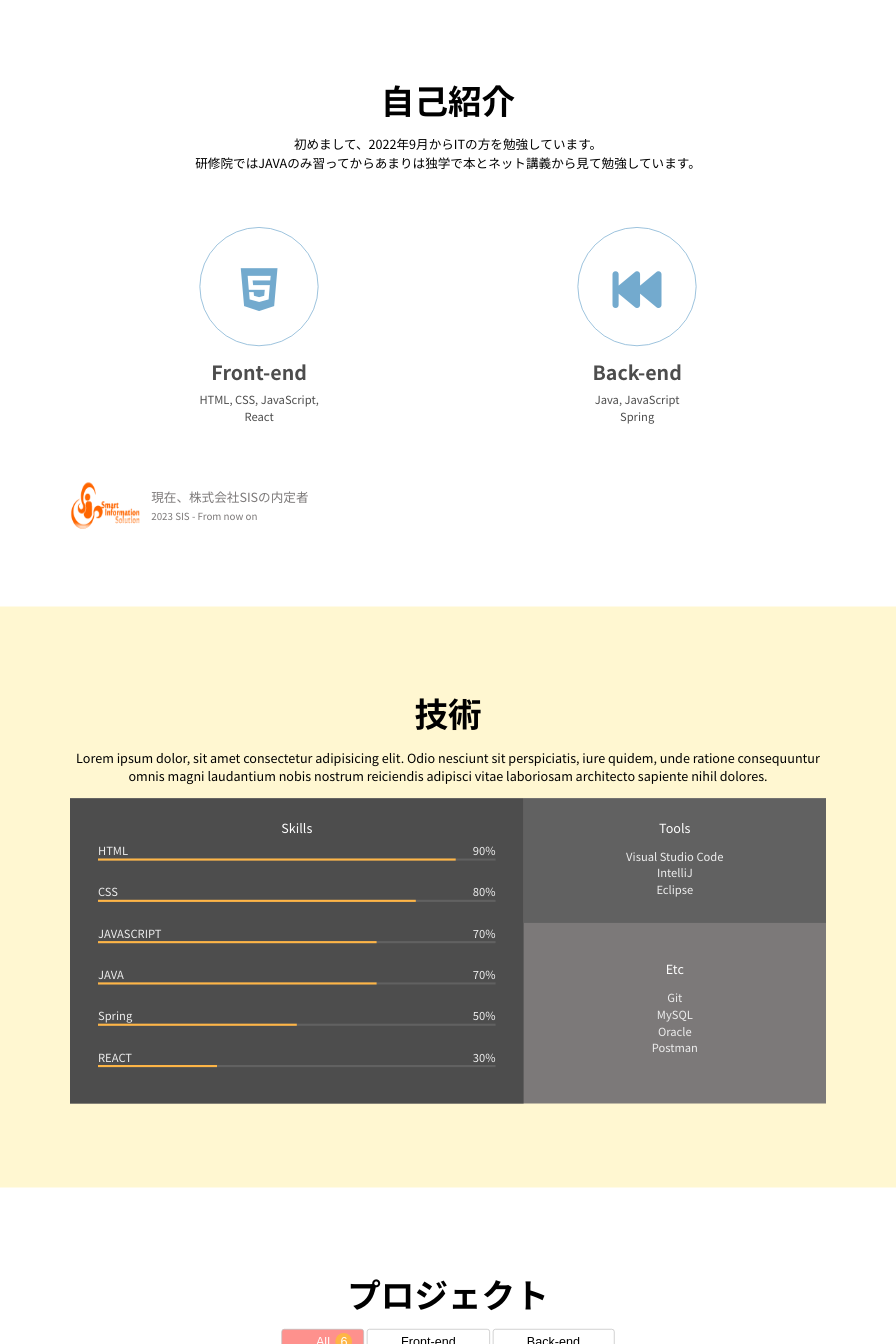
Repository: N1C0N1C0/website_introduction
Page: index.html
These files come from the project's save history. The page is drawn as it stood at one moment and after the next save; the edit follows.
The browser window is 1280 px wide. The pictures show the part of the page from y = 738 to 2658 px (the page is 4822 px tall before and 4848 px after), at 70% of full size.
Some web libraries are served in a nearby version.

Above is the page before, as saved 2023-08-29 03:30:41.

### index.html
<!DOCTYPE html>
<html lang="en">
  <head>
    <meta charset="UTF-8" />
    <meta name="viewport" content="width=device-width, initial-scale=1.0" />
    <title>自己紹介</title>
    <meta
      name="description"
      content="Portfolio for engineer KimJeongmin"
    />
    <meta name="author" content="Kim" />
    <link rel="icon" type="image/icon" href="imgs/file-pdf-solid.svg" />
    <script src="https://kit.fontawesome.com/04742e9fab.js" crossorigin="anonymous"></script>
    <link href="https://fonts.googleapis.com/css2?family=Noto+Sans+JP:wght@300;400;500&display=swap" rel="stylesheet">

    <link rel="stylesheet" href="style.css" />
    <script src="main.js" defer></script>
  </head>
  <body>
    <!-- Navbar -->
    <nav id="navbar">
      <div class="navbar__logo">
        <i class="fa-regular fa-face-smile"></i>
        <a href="#">キムジョンミン</a>
      </div>
        <ul class="navbar__menu">
          <li class="navbar__menu__item active" data-link="#home">ホーム</li>
          <li class="navbar__menu__item" data-link="#about">紹介</li>
          <li class="navbar__menu__item" data-link="#skills">技術</li>
          <li class="navbar__menu__item" data-link="#work">プロジェクト</li>
          <li class="navbar__menu__item" data-link="#contact">連絡</li>
        </ul>

      <!-- Toggle button -->
      <button class="navbar__toggle-btn">
        <i class="fa-solid fa-bars"></i>
      </button>
    </nav>

    <!-- Home -->
    <section id="home">
      <div class="home__container">
      <img src="imgs/kimu.jpg" alt="Anzang" class="home__avatar" />
      <h1 class="home__title">ようこそ <br />キムジョンミンと申します。</h1>
      <h2 class="home__description">
        今は株式会社SISに内定者です。
      </h2>
      <button class="home__contact">連絡しましょう</button>
    </div>
    </section>
    <!-- About -->
    <section id="about" class="section" class="section__container">
      <h1>自己紹介</h1>
      <p>
        初めまして、2022年9月からITの方を勉強しています。<br>
        研修院ではJAVAのみ習ってからあまりは独学で本とネット講義から見て勉強しています。
      </p>
      <div class="about__majors">
        <div class="major">
          <div class="major__icon">
            <i class="fa-brands fa-html5"></i>
          </div>
          <h2 class="major__title">Front-end</h2>
          <div class="major__description">
            HTML, CSS, JavaScript,
            <br />React
          </div>
        </div>
        <div class="major">
          <div class="major__icon">
            <i class="fa-sharp fa-solid fa-backward-fast"></i>
          </div>
          <h2 class="major__title">Back-end</h2>
          <div class="major__description">
            Java, JavaScript
            <br />
            Spring
          </div>
        </div>
      </div>
      <div class="about__jobs">
        <div class="job">
          <img src="imgs/sis_image.png" alt="sis" class="job__logo" style="width: 100px; height: 70px;"/>
          <div class="job_description">
            <p class="job__name">
              現在、株式会社SISの内定者
            </p>
            <p class="job__period">2023 SIS - From now on</p>
          </div>
        </div>
      </div>
    </section>

    <!-- Skills -->
    <section id="skills" class="section">
      <div class="section__container">
      <h1>技術</h1>
      <p>
        Lorem ipsum dolor, sit amet consectetur adipisicing elit. Odio nesciunt
        sit perspiciatis, iure quidem, unde ratione consequuntur omnis magni
        laudantium nobis nostrum reiciendis adipisci vitae laboriosam architecto
        sapiente nihil dolores.
      </p>
      <div class="skillset">
        <div class="skillset__left">
          <h3 class="skillset__title">Skills</h3>
          <div class="skill">
            <div class="skill__description">
              <span>HTML</span>
              <span>90%</span>
            </div>
            <div class="skill__bar">
              <div class="skill__value" style="width: 90%;"></div>
            </div>
          </div>
          <div class="skill">
            <div class="skill__description">
              <span>CSS</span>
              <span>80%</span>
            </div>
            <div class="skill__bar">
              <div class="skill__value" style="width: 80%;"></div>
            </div>
          </div>
          <div class="skill">
            <div class="skill__description">
              <span>JAVASCRIPT</span>
              <span>70%</span>
            </div>
            <div class="skill__bar">
              <div class="skill__value" style="width: 70%;"></div>
            </div>
          </div>
          <div class="skill">
            <div class="skill__description">
              <span>JAVA</span>
              <span>70%</span>
            </div>
            <div class="skill__bar">
              <div class="skill__value" style="width: 70%;"></div>
            </div>
          </div>
          <div class="skill">
            <div class="skill__description">
              <span>Spring</span>
              <span>50%</span>
            </div>
            <div class="skill__bar">
              <div class="skill__value" style="width: 50%;"></div>
            </div>
          </div>
          <div class="skill">
            <div class="skill__description">
              <span>REACT</span>
              <span>30%</span>
            </div>
            <div class="skill__bar">
              <div class="skill__value" style="width: 30%;"></div>
            </div>
          </div>
        </div>
        <div class="skillset__right">
          <div class="tools">
            <h3 class="skillset__title">Tools</h3>
            <ul class="tools__list">
              <li><span>Visual Studio Code</span></li>
              <li><span>IntelliJ</span></li>
              <li><span>Eclipse</span></li>
            </ul>
          </div>
          <br>
          <div class="etc">
            <h3 class="skillset__title">Etc</h3>
            <ul class="ect__list">
              <li><span>Git</span></li>
              <li><span>MySQL</span></li>
              <li><span>Oracle</span></li>
              <li><span>Postman</span></li>
            </ul>
          </div>
        </div>
      </div>
    </div>
    </section>
    <!-- Work -->
    <section id="work" class="section">
      <div class="section__container">
      <h1>プロジェクト</h1>
      <div class="work__categories">
        <button class="category__btn selected" data-filter="*">
          All<span class="category__count">6</span>
        </button>
        <button class="category__btn" data-filter="front-end">
          Front-end<span class="category__count">2</span>
        </button>
        <button class="category__btn" data-filter="back-end">
          Back-end<span class="category__count">4</span>
        </button>
      </div>

      <div class="work__projects">
        <a
          href="https://www.youtube.com/@dream-coding"
          class="project"
          target="_blank"
          data-type="front-end"
        >
          <img
            src="imgs/projects/안종민.png"
            alt="Anzang"
            class="project__img"
          />
          <div class="project__description">
            <h3>Youtube Site</h3>
            <span>Clone coding with HTML and CSS</span>
          </div>
        </a>
        <a
          href="https://www.youtube.com/@dream-coding"
          class="project"
          target="_blank"
          data-type="front-end"
        >
          <img
            src="imgs/projects/안종민.png"
            alt="Anzang"
            class="project__img"
          />
          <div class="project__description">
            <h3>Youtube Site</h3>
            <span>Clone coding with HTML and CSS</span>
          </div>
        </a>
        <a
          href="https://www.youtube.com/@dream-coding"
          class="project"
          target="_blank"
          data-type="back-end"
        >
          <img
            src="imgs/projects/안종민.png"
            alt="Anzang"
            class="project__img"
          />
          <div class="project__description">
            <h3>Youtube Site</h3>
            <span>Clone coding with HTML and CSS</span>
          </div>
        </a>
        <a
          href="https://www.youtube.com/@dream-coding"
          class="project"
          target="_blank"
          data-type="back-end"
        >
          <img
            src="imgs/projects/안종민.png"
            alt="Anzang"
            class="project__img"
          />
          <div class="project__description">
            <h3>Youtube Site</h3>
            <span>Clone coding with HTML and CSS</span>
          </div>
        </a>
        <a
          href="https://www.youtube.com/@dream-coding"
          class="project"
          target="_blank"
          data-type="back-end"
        >
          <img
            src="imgs/projects/안종민.png"
            alt="Anzang"
            class="project__img"
          />
          <div class="project__description">
            <h3>Youtube Site</h3>
            <span>Clone coding with HTML and CSS</span>
          </div>
        </a>
        <a
          href="https://www.youtube.com/@dream-coding"
          class="project"
          target="_blank"
          data-type="back-end"
        >
          <img
            src="imgs/projects/안종민.png"
            alt="Anzang"
            class="project__img"
          />
          <div class="project__description">
            <h3>Youtube Site</h3>
            <span>Clone coding with HTML and CSS</span>
          </div>
        </a>
      </div>
      </div>
    </section>
    <!-- Contact -->
    <section id="contact" class="section">
      <h1 class="contact__title">話しましょう！</h1>
      <h2 class="contact__email">dothd8775@gmail.com</h2>
      <div class="contact__links">
        <a href="https://github.com/N1C0N1C0" target="_blank">
          <i class="fa-brands fa-github"></i>
        </a>
        <a href="https://github.com/N1C0N1C0" target="_blank">
          <i class="fa-brands fa-square-git"></i>
        </a>
      </div>
      <p class="contact__rights">
        2023 個人プロジェクト - All rights reserved
      </p>
    </section>

    <!-- Arrow up -->
    <button class="arrow__up">
      <i class="fa-solid fa-arrow-up"></i>
    </button>
  </body>
</html>

### style.css
/* Global */
:root {
    /* Color */
    --color-white: #fff;
    --color-light-white: #eee;
    --color-dark-white: #bdbdbd;
    --color-pink: #fe918d;
    --color-dark-pink: #ff6863;
    --color-black: #4d4d4d;
    --color-dark-grey: #4d4d4d;
    --color-grey: #616161;
    --color-light-grey: #7c7979;
    --color-blue: #73aace;
    --color-yellow: #fff7d1;
    --color-orange: #feb546;
    --color-black: #000;

    /* Font size */
    --font-large: 48px;
    --font-medium: 28px;
    --font-regular: 18px;
    --font-small: 16px;
    --font-micro: 14px;

    /* Font weight */
    --weight-bold: 700;
    --weight-semi-bold: 600;
    --weight-regular: 400;

    /* Size */
    --size-border-radius: 4px;

    /* Animation */
    --animation-duration: 300ms;
}

/* Universal tags */
* {
    box-sizing: border-box;
}

body {
    font-family: 'Noto Sans JP', sans-serif;
    margin: 0;
    cursor: default;
}

a {
    text-decoration: none;
    color: var(--color-white);
}

ul {
    list-style: none;
    padding-left: 0;
}

button {
    background-color: transparent;
    cursor: pointer;
    border: none;
    outline: none;
    padding: 0;
}

/* Typography */
h1 {
    font-size: var(--font-large);
    font-weight: var(--weight-bold);
    color: var(--color-black);
    margin: 16px 0;
}

h2 {
    font-size: var(--font-medium);
    font-weight: var(--weight-semi-bold);
    color: var(--color-black);
    margin: 8px 0;
}

h3 {
    font-size: var(--font-regular);
    font-weight: var(--weight-regular);
    color: var(--color-black);
    margin: 8px 0;
}

p {
    font-size: var(--font-regular);
    font-weight: var(--weight-regular);
    color: var(--color-black);
    margin: 4px 0;
}

/* Navbar */
#navbar {
    position: fixed;
    width: 100%;
    display: flex;
    justify-content: space-between;
    background-color: transparent;
    align-items: center;
    color: var(--color-white);
    padding: 16px;
    transition: all var(--animation-duration) ease-in-out;
    z-index: 1;
}

#navbar.navbar--dark {
    background-color: var(--color-black);
    padding: 16px;

}

.navbar__menu {
    display: flex;
}

.navbar__logo {
    font-size: var(--font-medium);
    font-weight: var(--weight-semi-bold);
}

.navbar__menu__item {
    padding: 8px 12px;
    margin: 0 4px;
    cursor: pointer;
    color: var(--color-white);
    border: 1px solid transparent;
    border-radius: var(--size-border-radius);
}

.navbar__menu__item.active {
    border: 1px solid var(--color-white);
}

.navbar__menu__item:hover {
    border-color: var(--color-white);
    background-attachment: var(--color-dark-grey);
}

.navbar__toggle-btn {
    position: absolute;
    top: 20px;
    right: 32px;
    font-size: 24px;
    color: var(--color-white);
    display: none;
}

/* Home */
#home {
    background-color: var(--color-black);
    padding: 40px;
    padding-top: 120px;
    text-align: center;
}

.home__avatar {
    width: 250px;
    height: 250px;
    border-radius: 50%;
    border: 2px solid var(--color-light-white);
}

.home__title,
.home__description {
    color: var(--color-white);
}

.home__contact {
    color: var(--color-white);
    font-size: var(--font-regular);
    font-weight: var(--weight-bold);
    margin: 24px;
    padding: 8px 12px;
    border: 2px solid var(--color-white);
    border-radius: var(--size-border-radius);
}

.home__contact:hover {
    background-color: var(--color-orange);
}

/* Section common */
.section {
    padding: 100px;
    text-align: center;
    margin: auto;
}

.section__container {
    max-width: 1200px;
    margin: auto;
}

/* About */
.about__majors {
    display: flex;
    justify-content: space-around;
    margin: 80px 0;
}

.major__icon {
    width: 170px;
    height: 170px;
    line-height: 170px;
    font-size: 70px;
    margin: auto;
    color: var(--color-blue);
    border: 1px solid var(--color-blue);
    border-radius: 50%;
    margin-bottom: 16px;
}
.major__icon i {
    transition: all var(--animation-duration) ease;
}
.major__icon:hover i {
    color: var(--color-pink);
    transform: rotate(-45deg) scale(1.1);
}
.major__title, .major__description {
    color: var(--color-dark-grey);
}

.major__description {
    font-size: var(--font-small);
}

.job {
    display: flex;
    align-items: center;
    margin-bottom: 10px;
}

.job_description {
    margin: 0 16px;
    text-align: left;
}

.job__name,
.job__period {
    color: var(--color-light-grey);
}

.job__name {
    font-size: var(font-small);
}

.job__period {
    font-size: var(--font-micro);
}

/* Skill */

#skills {
    background-color: var(--color-yellow);
}

.skillset {
    display: flex;
    background-color: var(--color-light-grey);
    color: var(--color-light-white);
    margin: 20px 0;
}

.skillset__title {
    color: var(--color-white);
}

.skill {
    margin-bottom: 32px;
}

.skill__description {
    display: flex;
    justify-content: space-between;
}

.skillset__left {
    flex-basis: 60%;
    background-color: var(--color-dark-grey);
    padding: 20px 40px;
}

.skill__bar {
    width: 100%;
    height: 3px;
    background-color: var(--color-grey);
}

.skill__value {
    height: 3px;
    background-color: var(--color-orange);
}

.skillset__right {
    flex-basis: 40%;
}

.tools {
    background-color: var(--color-grey);
}

.tools,
.etc {
    padding: 20px;
}

/* Work */

.work_categories {
    margin: 40px;
}

.category__btn {
    border: 1px solid var(--color-dark-white);
    border-radius: var(--size-border-radius);
    font-size: var(--font-regular);
    padding: 8px 48px;
    position: relative;
}

.category__btn.selected,
.category__btn:hover {
    background-color: var(--color-pink);
    color: var(--color-white);
}

.category__btn.selected .category__count,
.category__btn:hover .category__count {
    opacity: 1;
}
.category__count {
    background-color: var(--color-orange);
    border-radius: 50%;
    color: var(--color-white);
    margin-left: 5px;
    width: 24px;
    height: 24px;
    line-height: 24px;
    display: inline-block;
    position: absolute;
    top: 5px;
    right: 16px;
    opacity: 0;
    transition: all var(--animation-duration) ease;
}

.work__projects {
    display: flex;
    flex-wrap: wrap;
    justify-content: center;
    opacity: 1;
    transition: all var(--animation-duration) ease-out;
}

.work__projects.anim-out {
    opacity: 0;
    transform: scale(0.96) translateY(40px);

}

.project {
    position: relative;
    display: flex;
    flex-direction: column;
    justify-content: center;
    width: 580px;
    height: 250px;
    margin: 2px;
    background-color: var(--color-light-white);
}

.project.invisible {
    display: none;
}

.project__img {
    max-width: 100%;
    max-height: 100%;
    align-self: center;
}

.project__description {
    position: absolute;
    background-color: black;
    display: flex;
    flex-direction: column;
    justify-content: center;
    width: 100%;
    height: 100%;
    top: 0;
    left: 0;
    opacity: 0;
    transform: translateY(15px);
    transition: all var(--animation-duration) ease-in;
}

.project:hover .project__description {
    opacity: 0.8;
    transform: translateY(0px);
}

.project__description h3 {
    color: var(--color-orange);
}

.project__description h3:after {
    content: '';
    display: block;
    position: relative;
    left: 50%;
    width: 50px;
    height: 2px;
    transform: translateX(-25%);
    margin-left: -12px;
    margin-top: 8px;
    background-color: var(--color-dark-white);
}



/* Contact */
#contact {
    background-color: var(--color-black);
}

.contact__title,
.contact__email,
.contact__rights {
    color: var(--color-white);
}

.contact__title {
    margin: 32px 0;
}

.contact__links {
    font-size: var(--font-large);
    margin: 24px 0;
}

.contact__links i:hover {
    transform: scale(1.1);
    color: var(--color-yellow);
    transition: all var(--animation-duration) ease-in;
}

/* Scroll */
.arrow__up {
    position: fixed;
    bottom: 50px;
    right: 50px;
    width: 70px;
    height: 70px;
    font-size: 50px;
    color: var(--color-white);
    background-color: var(--color-black);
    border-radius: 50%;
    opacity: 0;
    pointer-events: none;
    transition: all var(--animation-duration) ease-in;
}

.arrow__up.visible {
    opacity: 1;
    pointer-events: auto;
}

/* For below 768px screen width */
@media screen and (max-width: 768px) {
    :root {
        /* Font size */
        --font-large: 30px;
        --font-medium: 18px;
        --font-regular: 16px;
        --font-small: 14px;
        --font-micro: 12px;
    }

    .navbar__toggle-btn {
        display: block;
        top: 16px;
        right: 16px;
        font-size: var(--font-medium);
    }

    #navbar {
        flex-direction: column;
        align-items: flex-start;
        background-color: var(--color-black);
    }

    #navbar.navbar--dark {
        padding: 16px;
    }

    .navbar__menu {
        flex-direction: column;
        text-align: center;
        width: 100%;
        display: none;
    }

    .navbar__menu.open {
        display: block;
    }

    .section {
        padding: 16px;
        padding-top: 40px;
    }

    .about__majors {
        flex-direction: column;
        margin-top: 30px;
        margin-bottom: 0;
    }

    .major {
        margin-bottom: 30px;
    }

    .skillset {
        flex-direction: column;
    }

    .category__btn {
        margin: 4px 0;
    }

    .work__categories {
        display: flex;
        flex-direction: column;
        margin-bottom: 10px;
    }

    .project {
        flex-grow: 1;
    }

    .testimonial {
        flex-direction: column;
        align-items: center;
    }

    .testimonial__avatar {
        width: 120px;
        height: 120px;
    }

    .testimonial__avatar:nth-child(odd),
    .testimonial__avatar:nth-child(even) {
        margin: 0;
        margin-bottom: 8px;
    }

    .testimonial__speech-bubble {
        order: 1;
    }

    .arrow__up {
        width: 50px;
        height: 50px;
        font-size: 30px;
        right: 16px;
        bottom: 16px;
    }
}

Loaded but not shown: main.js (153 lines, source omitted)

After the next save:
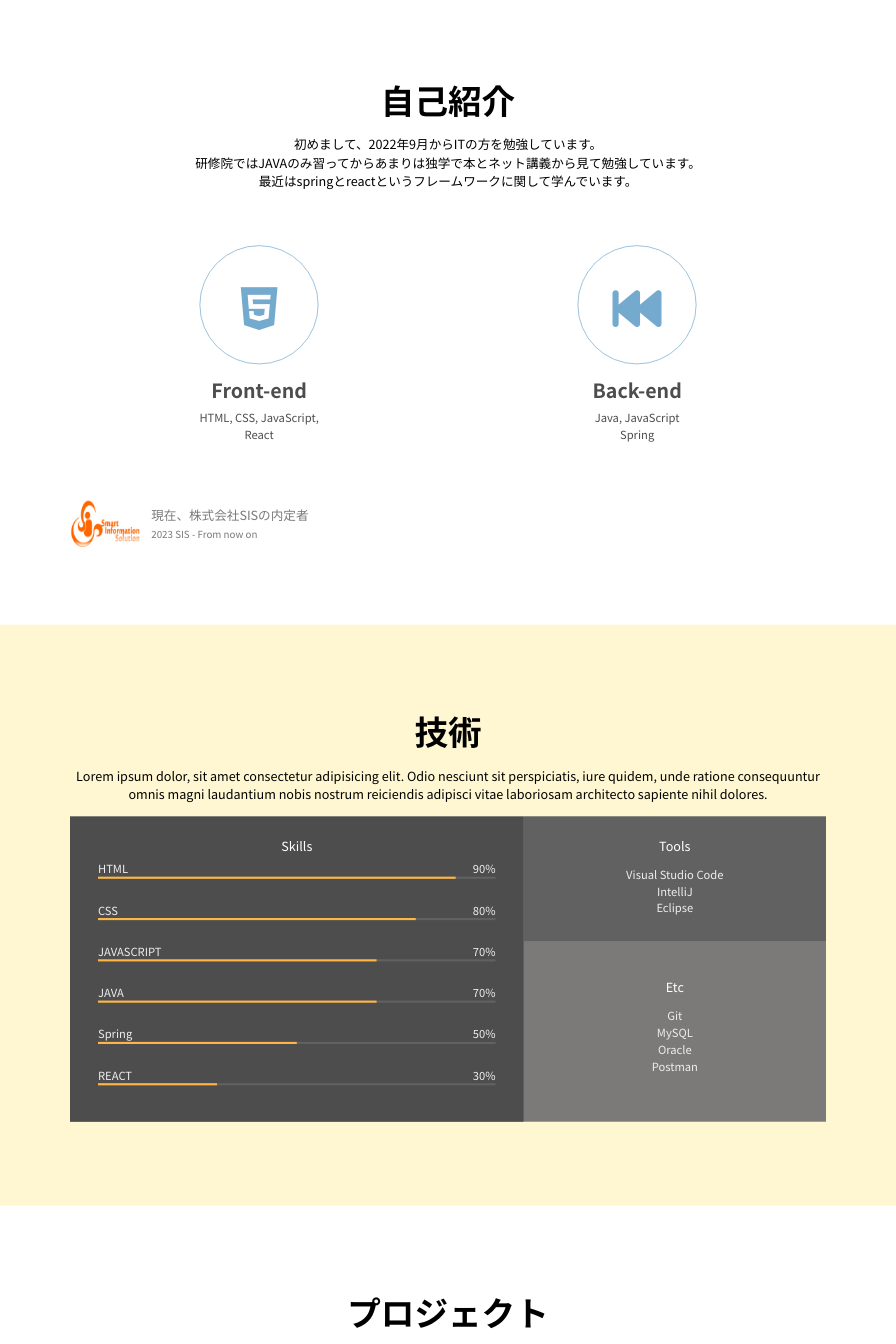
Saved 3 min 38 s later.
--- a/index.html
+++ b/index.html
@@ -53,8 +53,8 @@
       <h1>自己紹介</h1>
       <p>
         初めまして、2022年9月からITの方を勉強しています。<br>
-        研修院ではJAVAのみ習ってからあまりは独学で本とネット講義から見て勉強しています。
-      </p>
+        研修院ではJAVAのみ習ってからあまりは独学で本とネット講義から見て勉強しています。<br>
+        最近はspringとreactというフレームワークに関して学んでいます。
       <div class="about__majors">
         <div class="major">
           <div class="major__icon">
